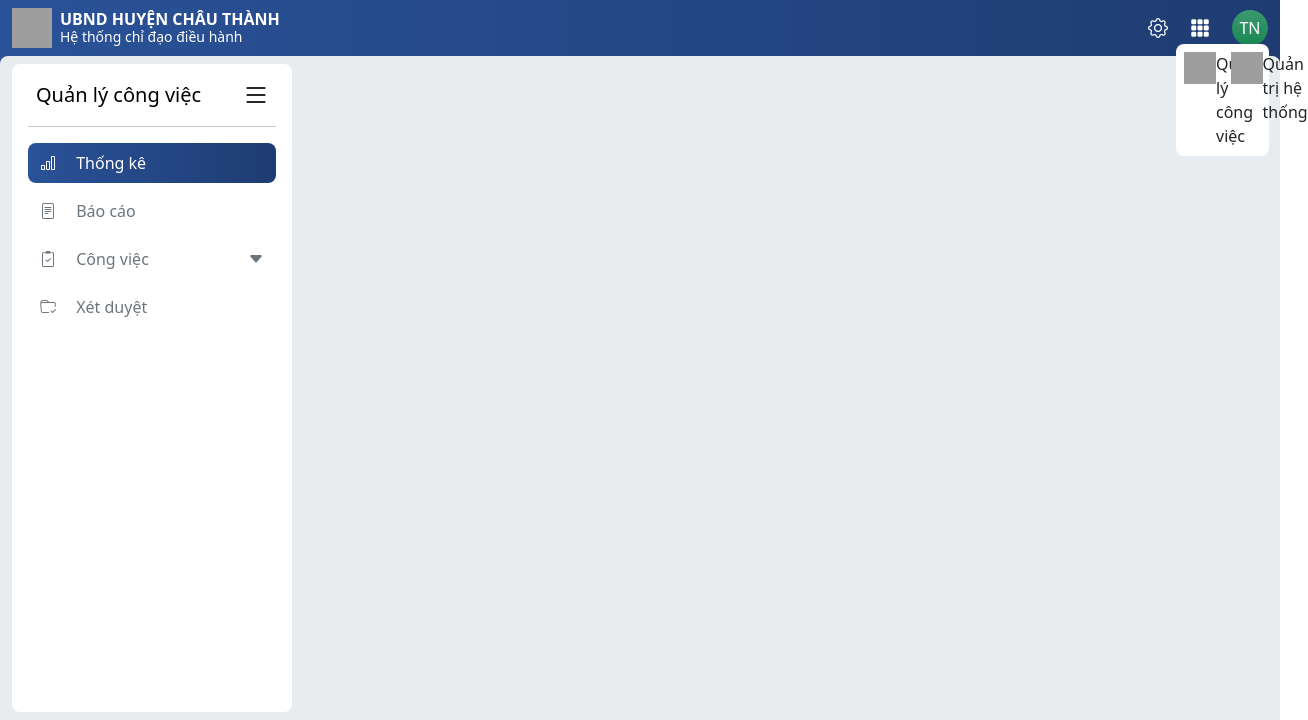
Repository: mys-pro/DATT-HeThongChiDaoDieuHanh
Page: index.html
An editor plug-in stored every save of this project. The page is shown before and after the next save, followed by the edit.
The browser window is 1280 px wide. The page is 1308 px wide, then 1280 px, then 1308 px, so the pictures cover 1308 px, including what lies to the right of the window. The pictures show the whole page.
Pictures or frames that could not be fetched are drawn as grey boxes.

Above is the page before, as saved 2024-04-21 15:01:17.

After the next save:
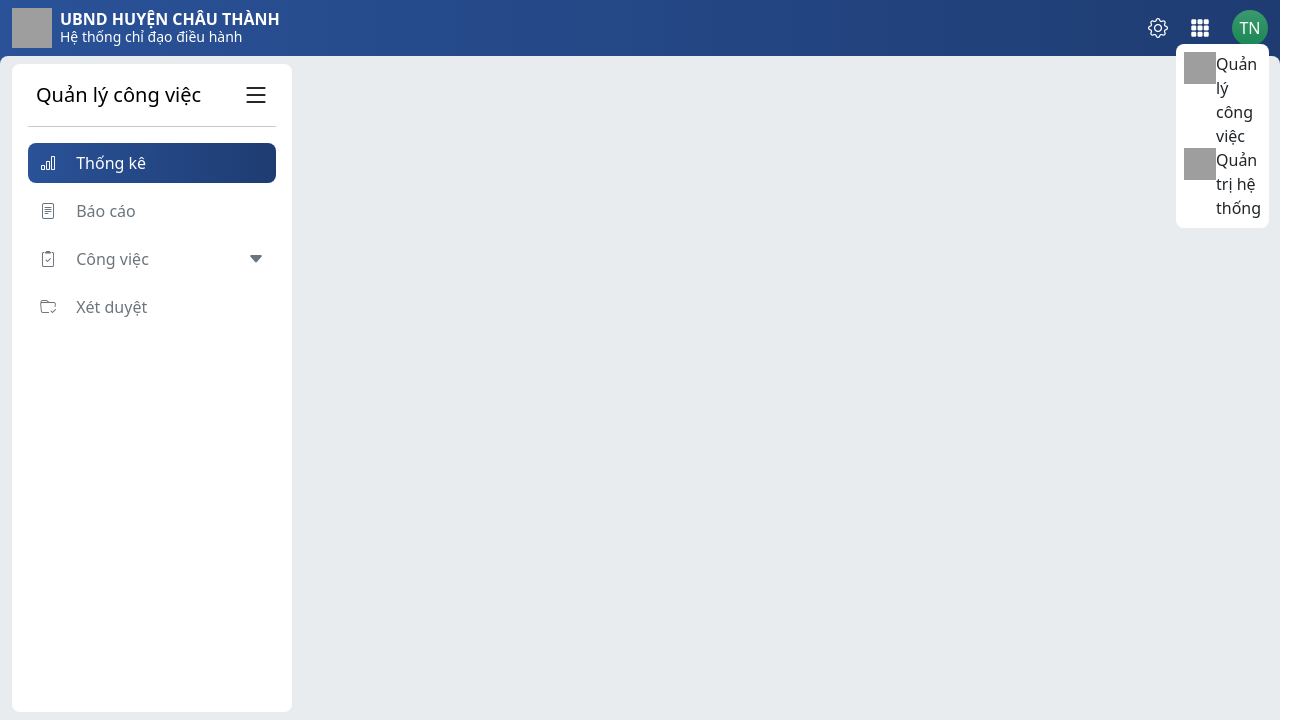
Saved 27 s later.
--- a/index.html
+++ b/index.html
@@ -39,7 +39,7 @@
                                 <i class="bi bi-grid-3x3-gap-fill fs-5"></i>
                             </button>
                             <div class="row row-cols-2 gx-3 bg-white rounded-3 position-absolute py-2" id="list-apps">
-                                <div class="col d-flex">
+                                <div class="col d-flex w-100">
                                     <img src="./Assets/Image/task-icon.png" alt="" width="32px" height="32px">
                                     Quản lý công việc
                                 </div>

After the save that followed:
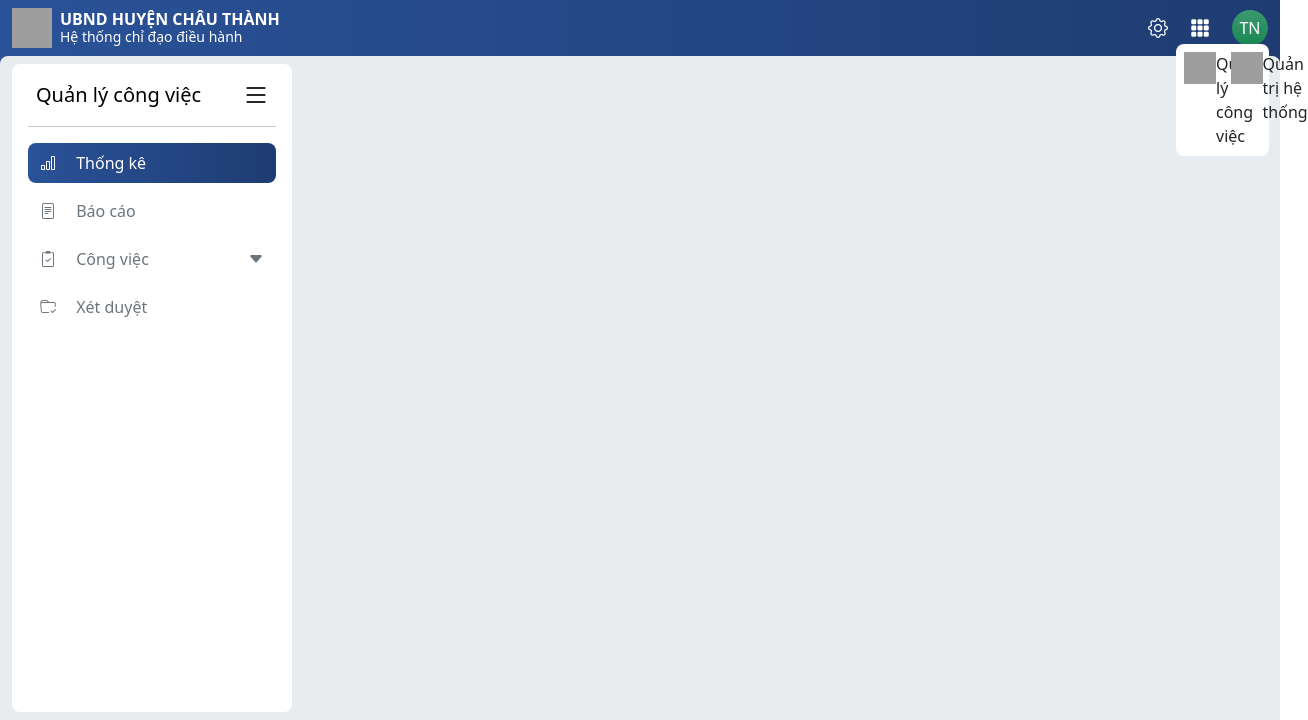
Saved 8 s later.
--- a/index.html
+++ b/index.html
@@ -39,7 +39,7 @@
                                 <i class="bi bi-grid-3x3-gap-fill fs-5"></i>
                             </button>
                             <div class="row row-cols-2 gx-3 bg-white rounded-3 position-absolute py-2" id="list-apps">
-                                <div class="col d-flex w-100">
+                                <div class="col d-flex">
                                     <img src="./Assets/Image/task-icon.png" alt="" width="32px" height="32px">
                                     Quản lý công việc
                                 </div>
